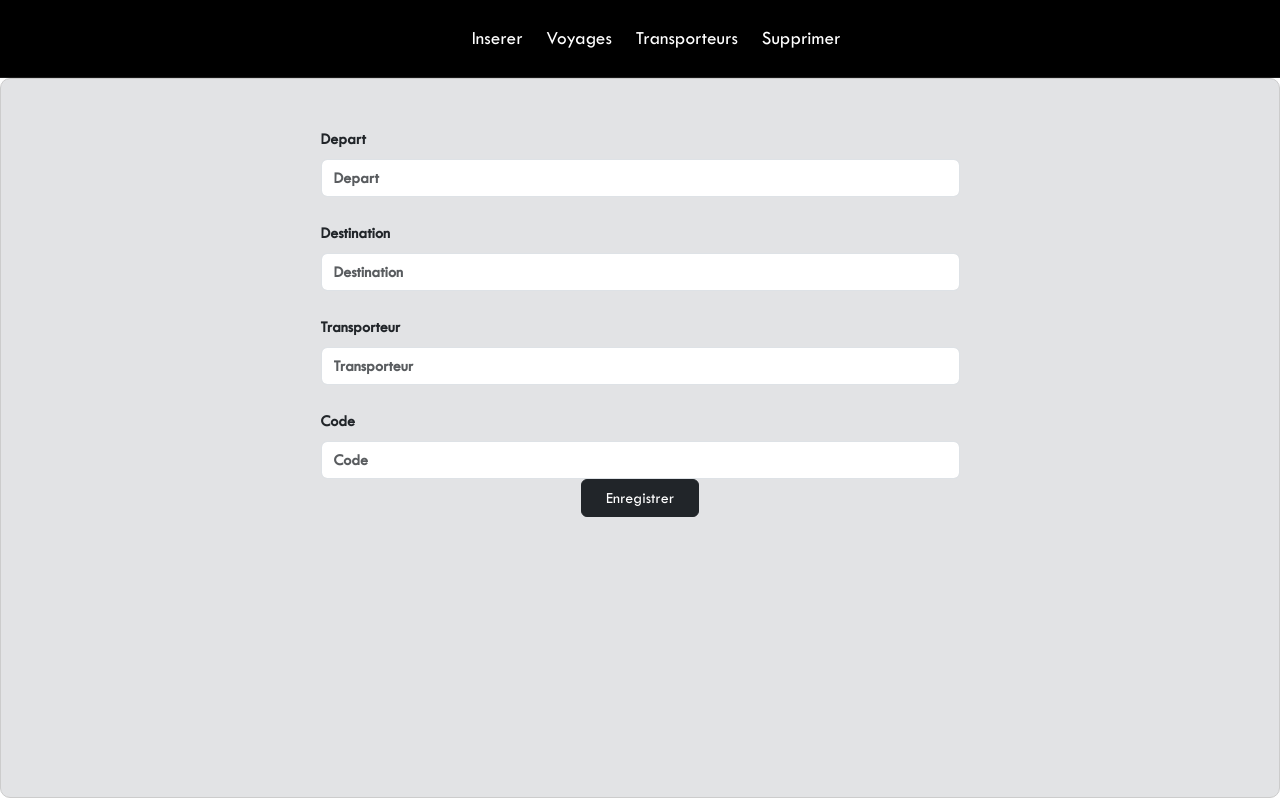
Repository: padevft/examen1-php
Page: http://localhost/
An editor plug-in stored every save of this project. The page is shown before and after the next save, followed by the edit.
The browser window is 1280 px wide. The pictures show the whole page.
The page is run by PHP 8.4 with error messages shown; the project is at /var/www/html/.

Above is the page before, as saved 2023-10-10 22:28:11.

### index.php
<!DOCTYPE html>
<html lang="en">

<head>
  <meta charset="UTF-8" />
  <meta name="viewport" content="width=device-width, initial-scale=1.0" />
  <title>Examen1</title>

  <link rel="stylesheet" href="client/utilitaires/bootstrap/css/bootstrap.min.css">
  <link rel="stylesheet" href="client/utilitaires/font-awesome-4.7.0/css/font-awesome.min.css">
  <link rel="stylesheet" href="client/utilitaires/swiper/swiper-bundle.min.css">
  <link rel="stylesheet" href="client/css/styles.css">

</head>


<body>
  <header>
    <nav class="container-nav">
        <ul class="d-flex flex-row align-items-center justify-content-center gap-4 menu">
          <li><a href="index.php" class="menu-item">Inserer</a></li>
            <li><a href="index.php" class="menu-item">Voyages</a></li>
            <li><a href="/server/pages/shop.php" class="menu-item">Transporteurs</a></li>
            <li><a href="/server/pages/shop.php" class="menu-item">Supprimer</a></li>
        </ul>
    </nav>
  </header>
  <main>
      <form action="../membre/controleurMembre.php" method="post">
          <div class="container-form bg-secondary-subtle pt-5">
              <div class="d-flex flex-column align-items-center gap-4">
                  <div class="d-flex col-12 col-md-6 flex-column gap-2">
                      <label for="depart" class="fw-semibold">Depart</label>
                      <input type="text" name="depart" id="depart" class="form-control fw-semibold input-login" placeholder="Depart" />
                  </div>
                  <div class="d-flex col-12 col-md-6 flex-column gap-2">
                      <label for="destination" class="fw-semibold">Destination</label>
                      <input type="text" name="destination" id="destination" class="form-control fw-semibold input-login" placeholder="Destination" />
                  </div>
                  <div class="d-flex col-12 col-md-6 flex-column gap-2">
                      <label for="transporteur" class="fw-semibold">Transporteur</label>
                      <input type="text" name="transporteur" id="transporteur" class="form-control fw-semibold input-login" placeholder="Transporteur" />

                  </div>
                  <div class="d-flex col-12 col-md-6 flex-column gap-2">
                      <label for="code" class="fw-semibold">Code</label>
                      <input type="number" name="code" id="code" class="form-control fw-semibold input-login" placeholder="Code" />
                  </div>
              </div>
              <div class="d-flex align-items-center justify-content-center">
                  <button type="submit" class="btn btn-dark px-4">Enregistrer</button>
              </div>
          </div>
      </form>
  </main>
  </main>
  <script src="client/utilitaires/Jquery/jquery-3.6.0.min.js"></script>
  <script src="client/utilitaires/bootstrap/js/bootstrap.min.js"></script>
</body>

</html>

### client/css/styles.css
/* var text-decoration */
@font-face {
  font-family: myfont;
  src: url(../utilitaires/fonts/ufonts.com_tw-cen-mt.ttf);
}

:root {
  --color-primary: #c54f13;
  --color-primary-1: #b76b452e;
  --color-white-1: #fff;
  --color-dashed: #cccccc2f;
  --color-dashed-1: #cccccc90;
  --color-bg-1: rgba(0, 0, 0, 0.366);
}

* {
  transition: all 0.5s ease;
}

body {
  font-family: myfont !important;
}
h1 {
  display: inline-flex;
  position: relative;
  cursor: pointer;
}

a {
  color: unset;
  outline: unset;
  text-decoration: none !important;
}

ul {
  list-style-type: none; /* Retire les puces */
}

/*

****************************
Header
****************************

*/

header ul {
  margin: 0 !important;
}
.container-nav {
  padding: 1.5rem 0rem;
  background-color: black;
  border-bottom: 1px solid rgba(255, 255, 255, 0.1);
}

.menu-item {
  display: inline;
  position: relative;
  color: var(--color-white-1);
  padding-bottom: 5px;
  font-size: 1.2rem;
}

.menu-item:hover {
  color: var(--color-primary);
}
.menu-item::before {
  content: "";
  position: absolute;
  bottom: 0;
  left: 0;
  background: var(--color-primary);
  height: 2.5px;
  opacity: 1;
  visibility: visible;
  width: 0;
  -webkit-transition: 0.4s all ease-out;
  -o-transition: 0.4s all ease-out;
  transition: 0.4s all ease-out;
}
.menu-item:hover:before {
  width: 100%;
}

.container-form{
  border : 1px solid #ccc;
  border-radius: 10px;
  height: 100vh;
}

Loaded but not shown: client/utilitaires/bootstrap/css/bootstrap.min.css (library); client/utilitaires/font-awesome-4.7.0/css/font-awesome.min.css (library); client/utilitaires/swiper/swiper-bundle.min.css (library); client/utilitaires/Jquery/jquery-3.6.0.min.js (library); client/utilitaires/bootstrap/js/bootstrap.min.js (library)

After the next save:
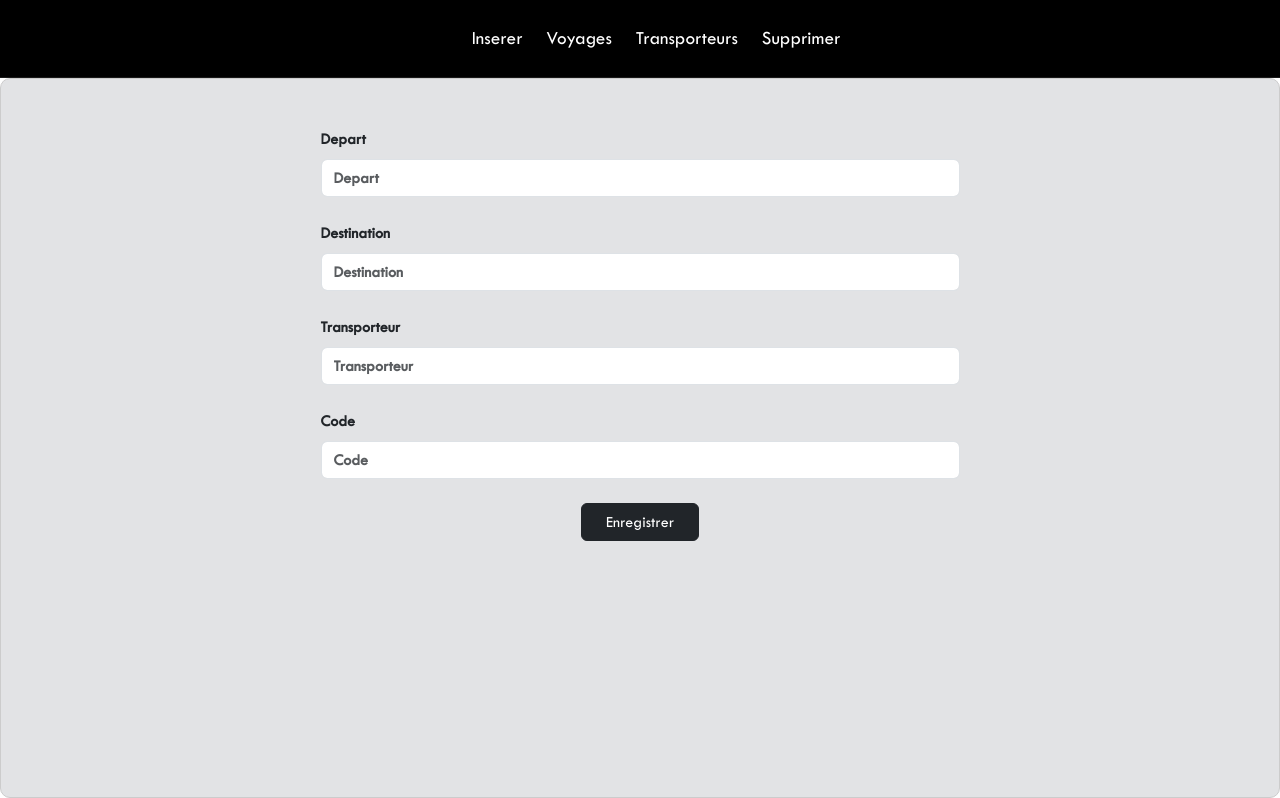
Saved 18 s later.
--- a/index.php
+++ b/index.php
@@ -47,7 +47,7 @@
                       <input type="number" name="code" id="code" class="form-control fw-semibold input-login" placeholder="Code" />
                   </div>
               </div>
-              <div class="d-flex align-items-center justify-content-center">
+              <div class="d-flex align-items-center justify-content-center pt-4">
                   <button type="submit" class="btn btn-dark px-4">Enregistrer</button>
               </div>
           </div>
